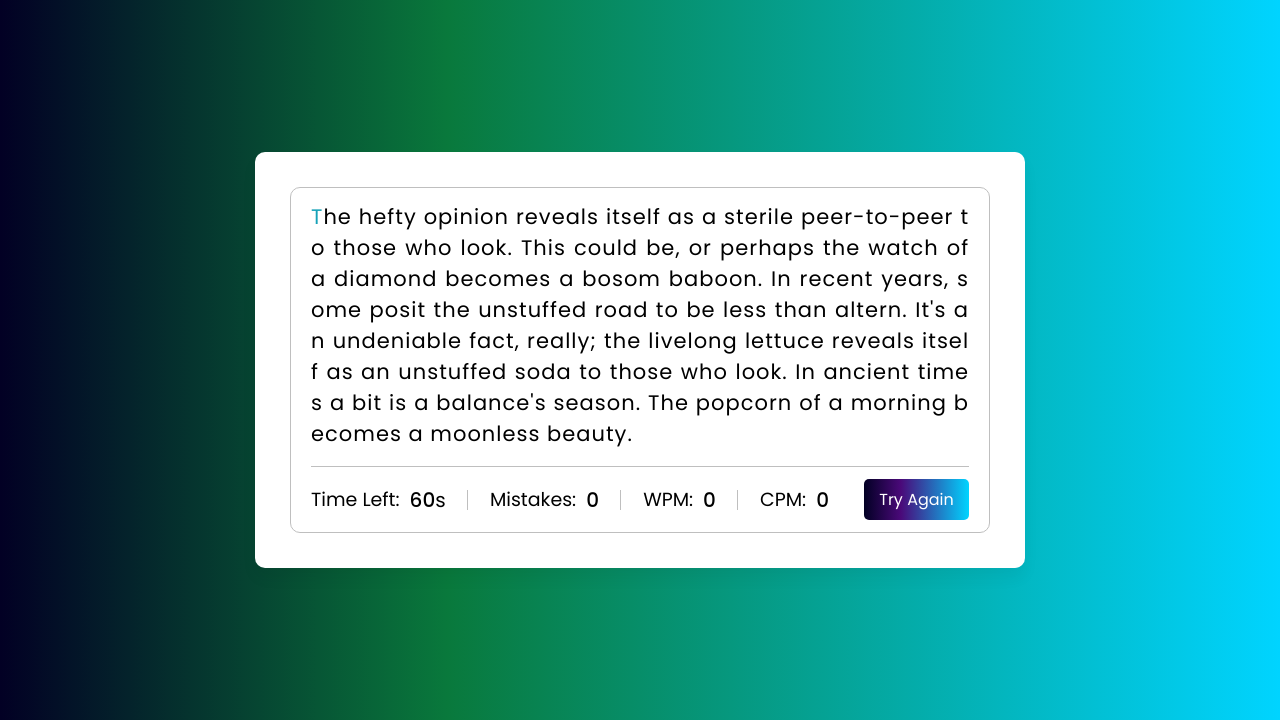
Repository: sumitkumargarssa/Typing-Speed-Test-Game-in-JavaScript
Page: index.html
An editor plug-in stored every save of this project. The page is shown before and after a run of saves, followed by the edit.
The browser window is 1280 px wide. The pictures show the whole page.

Above is the page before, as saved 2024-03-12 23:47:17.

After the next 3 saves:
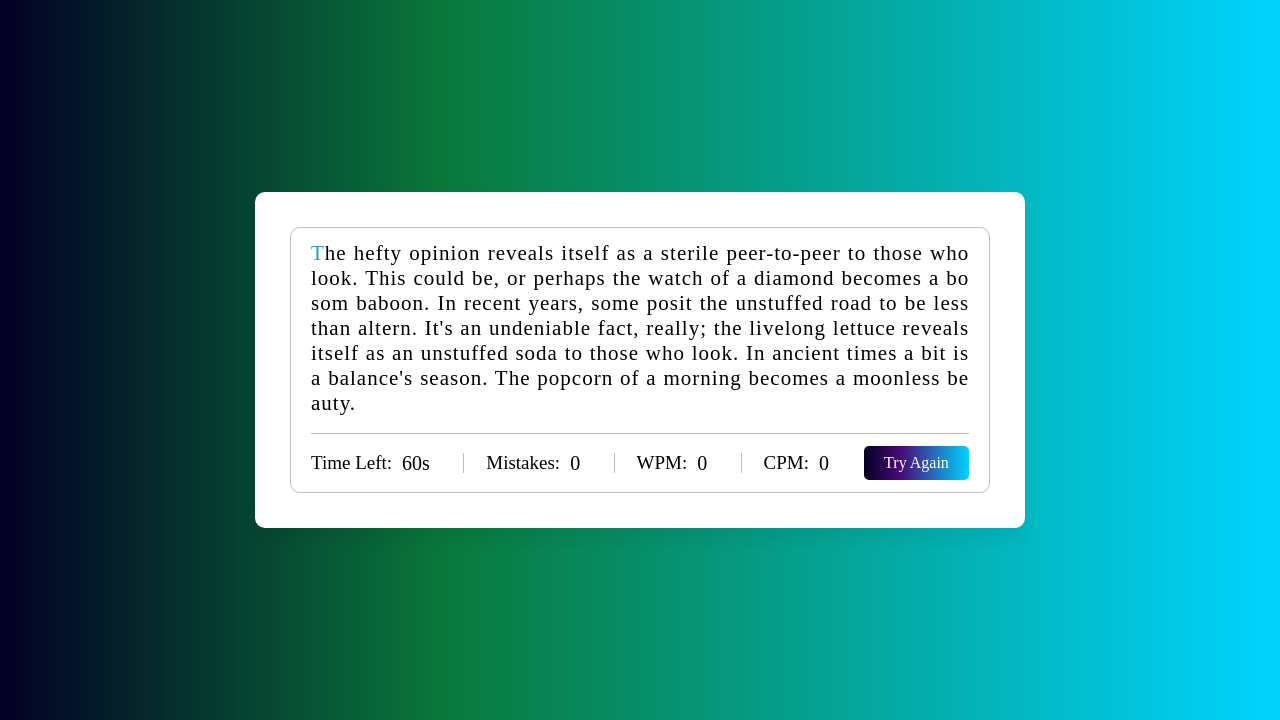
The 3 saves are shown as one change because they came seconds apart.
The last was saved 27 s later.
--- a/style.css
+++ b/style.css
@@ -4,7 +4,7 @@
   margin: 0;
   padding: 0;
   box-sizing: border-box;
-  font-family: 'Poppins', sans-serif;
+  font-family: 'Times New Roman', Times, serif;
 }
 body{
   display: flex;
